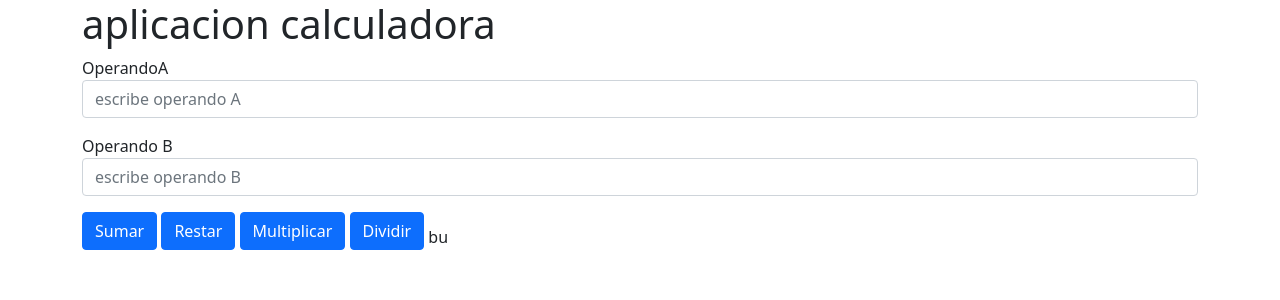
Repository: iwinser117/dw
Page: javascript udemy 43/ejercices/calculadora/index.html
An editor plug-in stored every save of this project. The page is shown before and after a run of saves, followed by the edit.
The browser window is 1280 px wide. The pictures show the whole page.

Above is the page before, as saved 2022-10-02 12:30:24.

### javascript udemy 43/ejercices/calculadora/index.html
<!doctype html>
<html>

<head>
    <meta charset="utf-8">
    <meta name="viewport" content="width=device-width, initial-scale=1">
    <link href="https://cdn.jsdelivr.net/npm/bootstrap@5.1.3/dist/css/bootstrap.min.css" rel="stylesheet"
        integrity="sha384-1BmE4kWBq78iYhFldvKuhfTAU6auU8tT94WrHftjDbrCEXSU1oBoqyl2QvZ6jIW3" crossorigin="anonymous">

    <title>aplicacion calculadora</title>
</head>

<body>
    <div class="container">
        <h1 class="display-3s">aplicacion calculadora</h1>

        <form id="forma">
            <div class="mb-3">
                <label for="operandoA">OperandoA</label>
                <input type="number"  class="form-control" id="operandoA" placeholder="escribe operando A">
            </div>
            <div class="mb-3">
                <label for="operandoB">Operando B</label>
                <input type="number" class="form-control" placeholder="escribe operando B" id="operandoB">
            </div>


    </form>

    <div class="btn-fcn" >
        <button class="btn btn-primary mb-3" onclick="sumar()">Sumar</button>

        <button class="btn btn-primary mb-3" onclick="restar()">Restar</button>

        <button class="btn btn-primary mb-3" onclick="multiplicar()">Multiplicar</button>

        <button class="btn btn-primary mb-3" onclick="dividir()">Dividir</button>

        bu
    </div>

    <div id="resultado"></div>
    <div id="resultadoResta"></div>
    <div id="resultadoMultiplicar"></div>
    <div id="resultadoDivision"></div>


    </div>
    </div>


    <script src="https://cdn.jsdelivr.net/npm/bootstrap@5.1.3/dist/js/bootstrap.bundle.min.js"
        integrity="sha384-ka7Sk0Gln4gmtz2MlQnikT1wXgYsOg+OMhuP+IlRH9sENBO0LRn5q+8nbTov4+1p"
        crossorigin="anonymous"></script>
    <script src="js/app.js"></script>
</body>

</html>

### javascript udemy 43/ejercices/calculadora/js/app.js
const forma = document.getElementById(`forma`);
let operandoA = forma[`operandoA`];
let operandoB = forma[`operandoB`];




function sumar(){
    let resultado = parseInt(operandoA.value) + parseInt(operandoB.value);
    if (isNaN(resultado))
        resultado = `la operacion le faltan numeros`;
    document.getElementById(`resultado`).innerHTML = `resultado de la suma es : ${resultado}`;
    console.log(`resultado de la suma es : ${resultado}`);
}



function restar(){
    let resultadoResta = parseInt(operandoA.value) - parseInt(operandoB.value);
    if (isNaN(resultadoResta))
        resultadoResta = `la operacion le faltan numeros`;
    document.getElementById(`resultadoResta`).innerHTML = `resultado de la resta es : ${resultadoResta}`;
    console.log(`resultado de la resta es : ${resultadoResta}`);
}
function multiplicar(){
    let resultadoMultiplicar = parseInt(operandoA.value) * parseInt(operandoB.value);
    if (isNaN(resultadoMultiplicar))
        resultadoMultiplicar = `la operacion le faltan numeros`;
    document.getElementById(`resultadoMultiplicar`).innerHTML = `resultado de la multiplicacion es : ${resultadoMultiplicar}`;
    console.log(`resultado de la multiplicacion es : ${resultadoMultiplicar}`);
}

function dividir(){
    let resultadoDivision= parseInt(operandoA.value) / parseInt(operandoB.value);
    if (isNaN(resultadoDivision))
        resultadoDivision = `la operacion le faltan numeros`;
    document.getElementById(`resultadoDivision`).innerHTML = `resultado de la division es : ${resultadoDivision}`;
    console.log(`resultado de la division es : ${resultadoDivision}`);
}

After the next 2 saves:
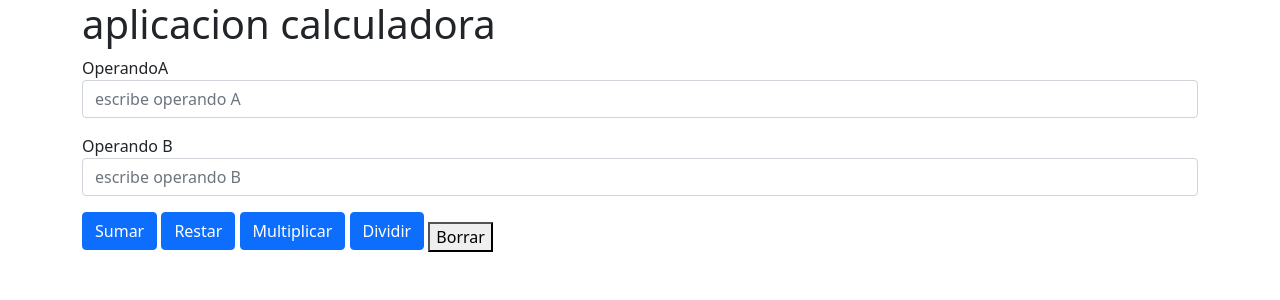
The 2 saves are shown as one change because they came seconds apart.
The last was saved 6 s later.
--- a/javascript udemy 43/ejercices/calculadora/index.html
+++ b/javascript udemy 43/ejercices/calculadora/index.html
@@ -36,7 +36,7 @@
 
         <button class="btn btn-primary mb-3" onclick="dividir()">Dividir</button>
 
-        bu
+        <button type="reset">Borrar</button>
     </div>
 
     <div id="resultado"></div>
